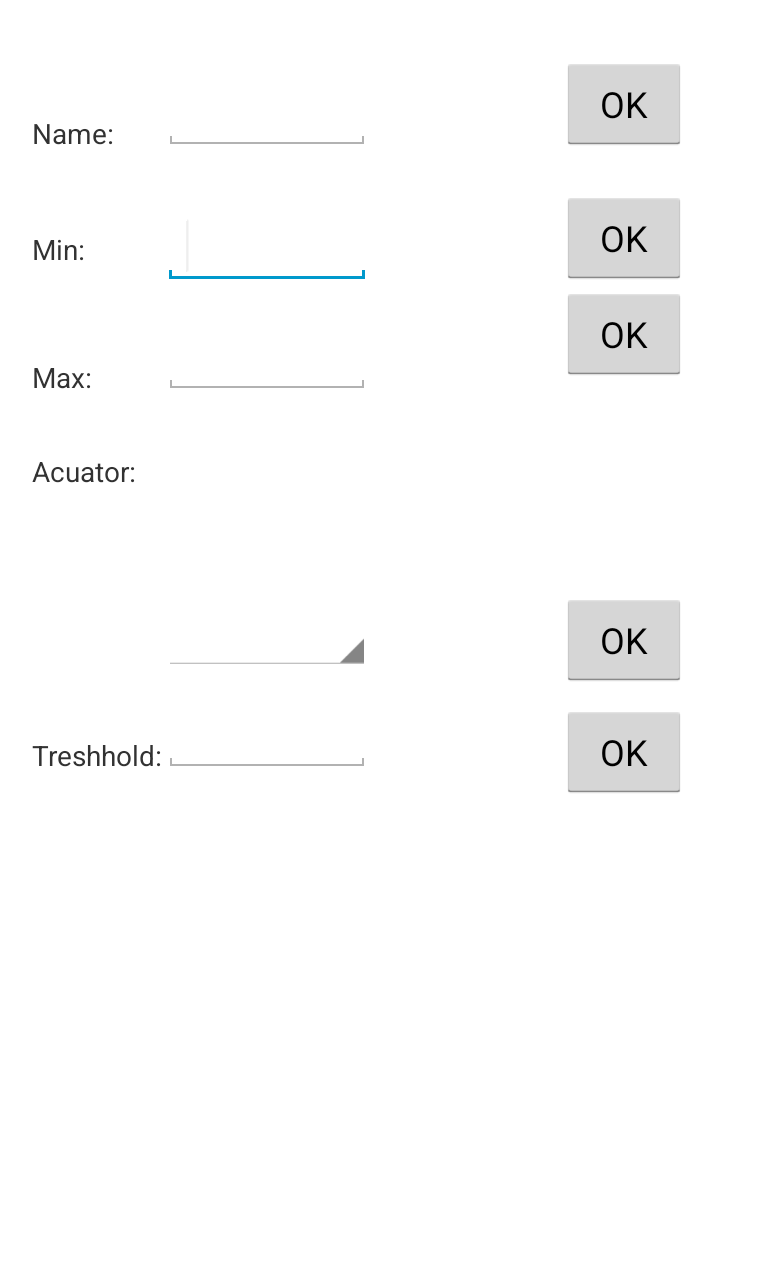
Repository: CTIS-SP-Team5/greenAgent
Layout: Android/GreenAgent/GreenAgent/res/layout/activity_view_setting.xml
An editor plug-in stored every save of this project. The layout is shown before and after the next save, followed by the edit.
It is drawn on a 768 x 1280 px phone screen (xhdpi) without system bars, with theme AppTheme; the app's code is not run.

Above is the layout before, as saved 2014-05-05 18:06:48.

### Android/GreenAgent/GreenAgent/res/layout/activity_view_setting.xml
<RelativeLayout xmlns:android="http://schemas.android.com/apk/res/android"
    xmlns:tools="http://schemas.android.com/tools"
    android:layout_width="match_parent"
    android:layout_height="match_parent"
    android:paddingBottom="@dimen/activity_vertical_margin"
    android:paddingLeft="@dimen/activity_horizontal_margin"
    android:paddingRight="@dimen/activity_horizontal_margin"
    android:paddingTop="@dimen/activity_vertical_margin"
    tools:context=".ViewSettingActivity" >

    <TextView
        android:id="@+id/textView4"
        android:layout_width="wrap_content"
        android:layout_height="wrap_content"
        android:layout_alignLeft="@+id/textView3"
        android:layout_below="@+id/editText3"
        android:layout_marginTop="28dp"
        android:text="Acuator:" />

    <TextView
        android:id="@+id/textView3"
        android:layout_width="wrap_content"
        android:layout_height="wrap_content"
        android:layout_alignLeft="@+id/textView1"
        android:layout_below="@+id/editText2"
        android:layout_marginTop="36dp"
        android:text="Max:" />

    <TextView
        android:id="@+id/textView1"
        android:layout_width="wrap_content"
        android:layout_height="wrap_content"
        android:layout_alignLeft="@+id/textView2"
        android:layout_below="@+id/textView2"
        android:layout_marginTop="39dp"
        android:text="Min:" />

    <TextView
        android:id="@+id/textView2"
        android:layout_width="wrap_content"
        android:layout_height="wrap_content"
        android:layout_alignParentTop="true"
        android:layout_marginTop="41dp"
        android:text="Name:" />

    <EditText
        android:id="@+id/editText1"
        android:layout_width="wrap_content"
        android:layout_height="wrap_content"
        android:layout_alignBottom="@+id/textView2"
        android:layout_toRightOf="@+id/textView5"
        android:ems="5" />

    <EditText
        android:id="@+id/editText2"
        android:layout_width="wrap_content"
        android:layout_height="wrap_content"
        android:layout_alignBaseline="@+id/textView1"
        android:layout_alignBottom="@+id/textView1"
        android:layout_alignLeft="@+id/editText1"
        android:ems="5" >

        <requestFocus />
    </EditText>

    <EditText
        android:id="@+id/editText3"
        android:layout_width="wrap_content"
        android:layout_height="wrap_content"
        android:layout_alignBottom="@+id/textView3"
        android:layout_alignLeft="@+id/editText2"
        android:ems="5" />

    <Spinner
        android:id="@+id/spinner1"
        android:layout_width="wrap_content"
        android:layout_height="wrap_content"
        android:layout_alignLeft="@+id/editText5"
        android:layout_alignRight="@+id/editText5"
        android:layout_centerVertical="true" />

    <Button
        android:id="@+id/button2"
        android:layout_width="wrap_content"
        android:layout_height="wrap_content"
        android:layout_alignBottom="@+id/editText2"
        android:layout_alignLeft="@+id/button1"
        android:text="OK" />

    <Button
        android:id="@+id/button1"
        android:layout_width="wrap_content"
        android:layout_height="wrap_content"
        android:layout_alignBottom="@+id/editText1"
        android:layout_alignParentRight="true"
        android:layout_marginRight="24dp"
        android:text="OK" />

    <Button
        android:id="@+id/button5"
        android:layout_width="wrap_content"
        android:layout_height="wrap_content"
        android:layout_alignBaseline="@+id/textView5"
        android:layout_alignBottom="@+id/textView5"
        android:layout_alignLeft="@+id/button4"
        android:text="OK" />

    <TextView
        android:id="@+id/textView5"
        android:layout_width="wrap_content"
        android:layout_height="wrap_content"
        android:layout_alignLeft="@+id/textView4"
        android:layout_below="@+id/spinner1"
        android:layout_marginTop="32dp"
        android:text="Treshhold:" />

    <Button
        android:id="@+id/button4"
        android:layout_width="wrap_content"
        android:layout_height="wrap_content"
        android:layout_alignLeft="@+id/button3"
        android:layout_centerVertical="true"
        android:text="OK" />

    <EditText
        android:id="@+id/editText5"
        android:layout_width="wrap_content"
        android:layout_height="wrap_content"
        android:layout_alignBottom="@+id/textView5"
        android:layout_alignLeft="@+id/editText3"
        android:ems="5" />

    <Button
        android:id="@+id/button3"
        android:layout_width="wrap_content"
        android:layout_height="wrap_content"
        android:layout_alignLeft="@+id/button2"
        android:layout_below="@+id/editText2"
        android:text="OK" />

</RelativeLayout>

Loaded but not shown: Android/GreenAgent/GreenAgent/res/values/styles.xml (common file); Android/GreenAgent/GreenAgent/res/values-v11/styles.xml (common file); Android/GreenAgent/GreenAgent/res/values-v14/styles.xml (common file); Android/GreenAgent/GreenAgent/res/values/dimens.xml (common file)

After the next save:
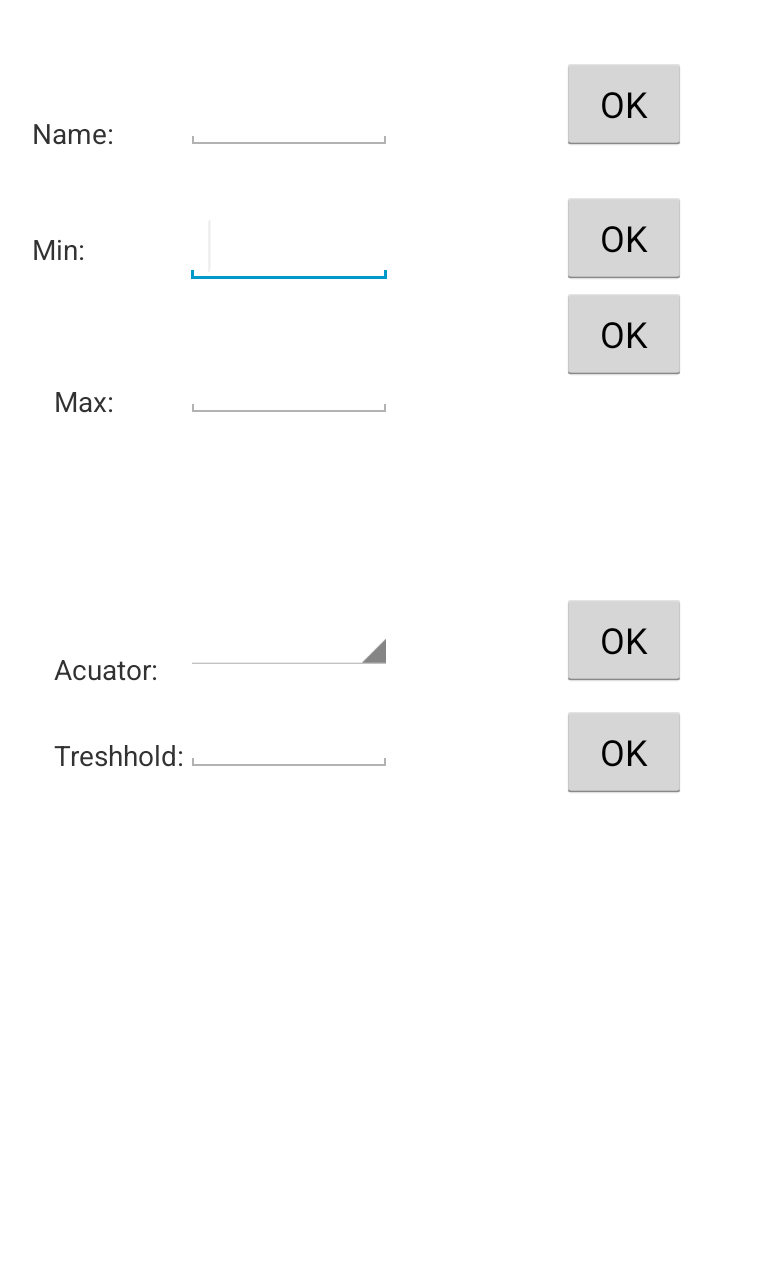
Saved 38 s later.
--- a/Android/GreenAgent/GreenAgent/res/layout/activity_view_setting.xml
+++ b/Android/GreenAgent/GreenAgent/res/layout/activity_view_setting.xml
@@ -7,24 +7,6 @@
     android:paddingRight="@dimen/activity_horizontal_margin"
     android:paddingTop="@dimen/activity_vertical_margin"
     tools:context=".ViewSettingActivity" >
-
-    <TextView
-        android:id="@+id/textView4"
-        android:layout_width="wrap_content"
-        android:layout_height="wrap_content"
-        android:layout_alignLeft="@+id/textView3"
-        android:layout_below="@+id/editText3"
-        android:layout_marginTop="28dp"
-        android:text="Acuator:" />
-
-    <TextView
-        android:id="@+id/textView3"
-        android:layout_width="wrap_content"
-        android:layout_height="wrap_content"
-        android:layout_alignLeft="@+id/textView1"
-        android:layout_below="@+id/editText2"
-        android:layout_marginTop="36dp"
-        android:text="Max:" />
 
     <TextView
         android:id="@+id/textView1"
@@ -138,4 +120,20 @@
         android:layout_below="@+id/editText2"
         android:text="OK" />
 
+    <TextView
+        android:id="@+id/textView4"
+        android:layout_width="wrap_content"
+        android:layout_height="wrap_content"
+        android:layout_alignBottom="@+id/button4"
+        android:layout_alignLeft="@+id/textView3"
+        android:text="Acuator:" />
+
+    <TextView
+        android:id="@+id/textView3"
+        android:layout_width="wrap_content"
+        android:layout_height="wrap_content"
+        android:layout_alignRight="@+id/textView2"
+        android:layout_below="@+id/button3"
+        android:text="Max:" />
+
 </RelativeLayout>
